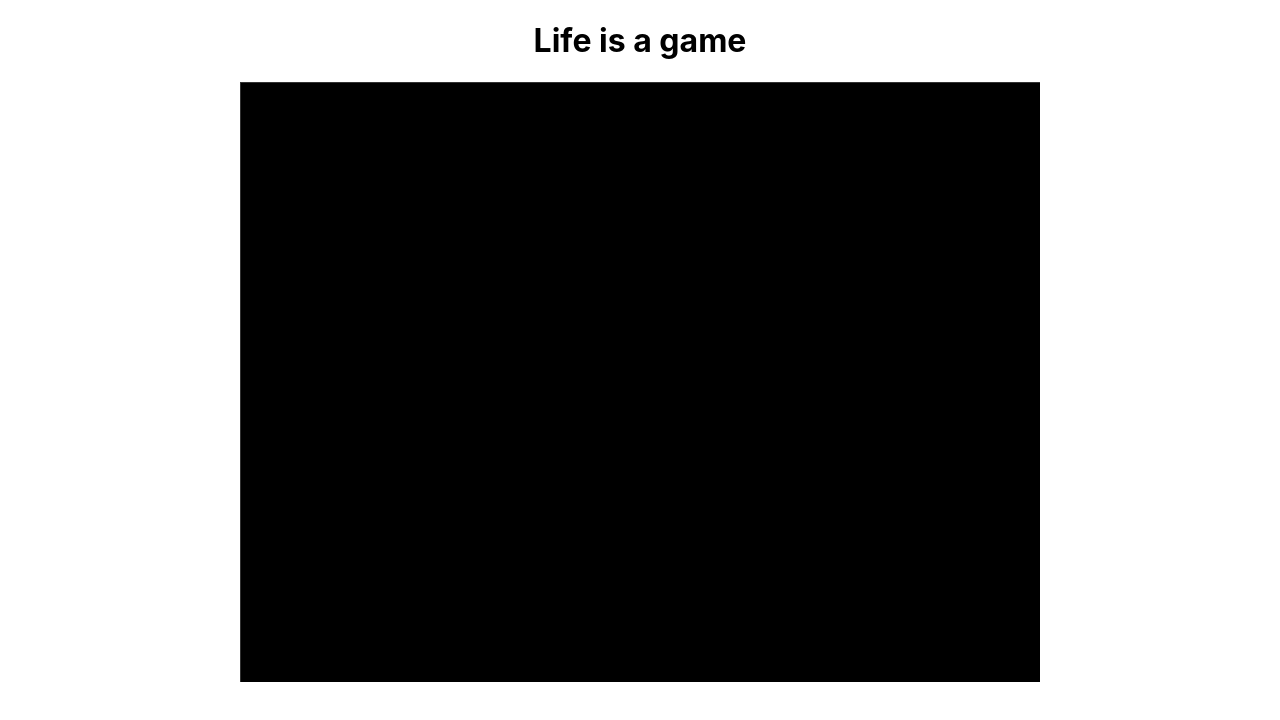
Repository: philipep-galdino/game-of-life
Page: /
The author's editor kept a copy of each file at every save. The page is drawn from the files as they stood at one save, then again after the next save.
The browser window is 1280 px wide. The pictures show the whole page.
The project was rebuilt for these pictures with package versions that can differ from the ones it lists, and the page was loaded fresh each time.

Above is the page before, as saved 2020-06-17 21:31:51.

### src/App.js
import React from 'react';
import './App.css';
import Game from './Game.js'

function App() {
  return (
    <div className="App">
      <h1>Life is a game</h1>
      <Game />
    </div>
  );
}

export default App;

### src/Game.js
import React from 'react';
import './Game.css';

const cellSize = 20;
const width = 800;
const height = 600;

class Game extends React.Component {
    render() {
        return (
            <div>
                <div className='Board' style={{ width: width, height: height }}></div>
            </div>
        )
    }
}

export default Game;

### src/Game.css
.Board {
    position: relative;
    margin: 0 auto;
    background-color: #000;
    background-image: linear-gradient(#333 1px, transparent 1px), linear-gradient(90deg, #333 1px, transparent 1px)
}

Loaded but not shown: public/index.html (common file); src/index.js (common file); src/index.css (common file); src/serviceWorker.js (common file); src/App.css (common file)

After the next save:
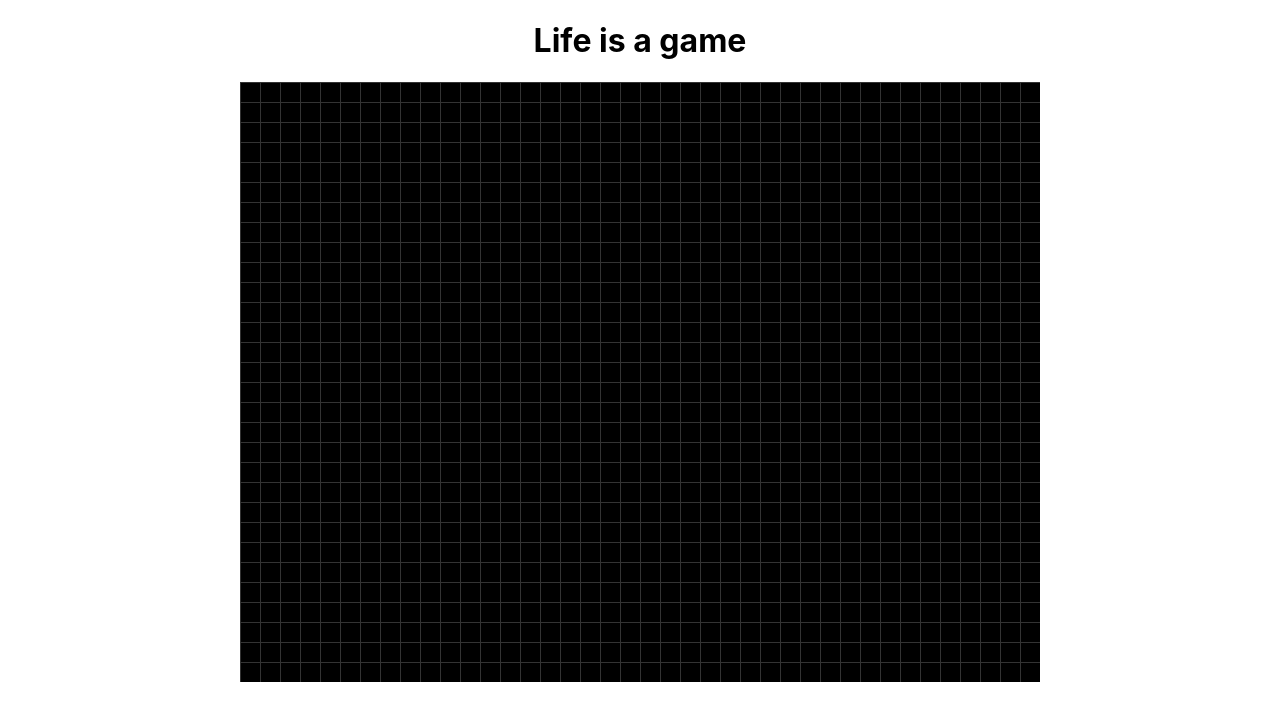
Saved 39 s later.
--- a/src/Game.js
+++ b/src/Game.js
@@ -9,7 +9,7 @@ class Game extends React.Component {
     render() {
         return (
             <div>
-                <div className='Board' style={{ width: width, height: height }}></div>
+                <div className='Board' style={{ width: width, height: height, backgroundSize: `${cellSize}px ${cellSize}px` }}></div>
             </div>
         )
     }
